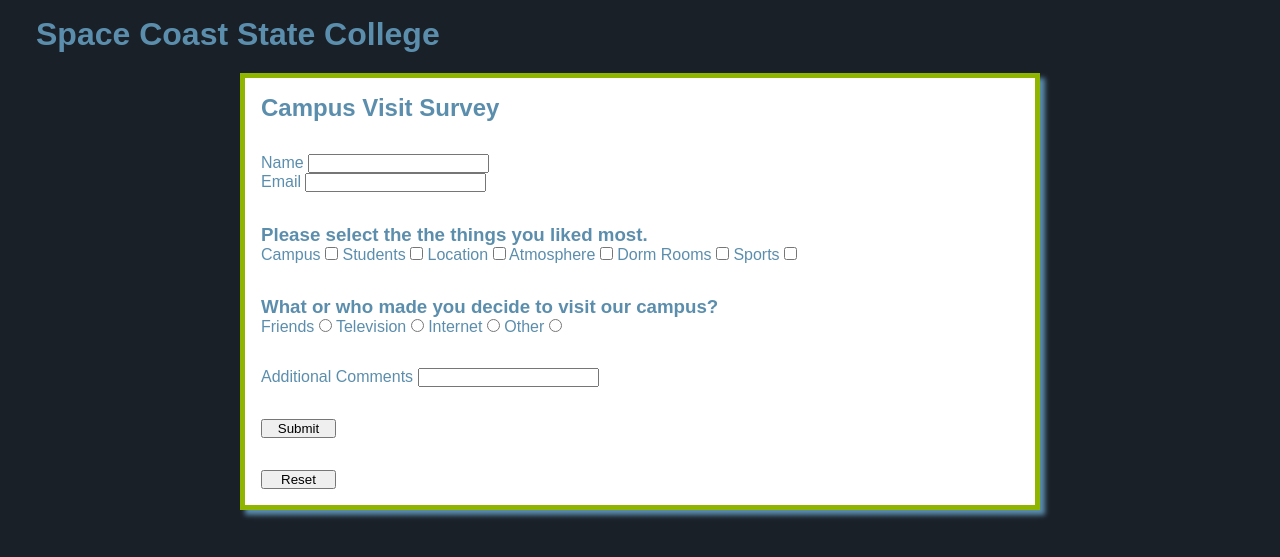
Repository: mlmEFSC21/P2-University-Form
Page: index.html
These files come from the project's save history. The page is drawn as it stood at one moment and after the next save; the edit follows.
The browser window is 1280 px wide. The pictures show the whole page.
Some web fonts or font styles are not loaded; a fallback is used.

Above is the page before, as saved 2022-01-29 19:01:46.

### index.html
<!DOCTYPE html>
<html lang="en">
    <head>
        <meta charset="UTF-8" />
        <meta http-equiv="X-UA-Compatible" content="IE=edge" />
        <meta name="viewport" content="width=device-width, initial-scale=1.0" />
        <title>University Form</title>
        <link rel="stylesheet" href="uniFormStyles.css" />
    </head>
    <body>
        <header>
            <h1>Space Coast State College</h1>
        </header>
        <main>
          <section class="flex">
            <h2>Campus Visit Survey</h2>
            <article class="info">
            <!-- REMEMBER TO CHANGE THIS TO A POST TO DEITEL!!!!!!!!!!-->
            <form action="results.html" method="GET">
                <div>
                    <label for="name">Name</label>
                    <input type="text" id="name" name="name" required />
                </div>
                <div>
                    <label for="email">Email</label>
                    <input type="email" id="email" name="email" required />
                </div>
                </article>
                <article class="favFeatures">
                    <h3>Please select the the things you liked most.</h3>
                    <label for="campus">Campus</label>
                    <input type="checkbox" id="campus" name="campus" />
                    <label for="students">Students</label>
                    <input type="checkbox" id="students" name="students" />
                    <label for="location">Location</label>
                    <input type="checkbox" id="location" name="location" />
                    <label for="atmosphere">Atmosphere</label>
                    <input type="checkbox" id="atmosphere" name="atmosphere" />
                    <label for="dorms">Dorm Rooms</label>
                    <input type="checkbox" id="dorms" name="dorms" />
                    <label for="sports">Sports</label>
                    <input type="checkbox" id="sports" name="sports" />
                </article>
                <article class="">
                    <h3>What or who made you decide to visit our campus?</h3>
                    <label for="friends">Friends</label>
                    <input type="radio" id="friends" name="referred" required />
                    <label for="television">Television</label>
                    <input type="radio" id="television" name="referred" />
                    <label for="internet">Internet</label>
                    <input type="radio" id="internet" name="referred" />
                    <label for="other">Other</label>
                    <input type="radio" id="other" name="referred" />
                </article>
                <div>
                    <label for="comments">Additional Comments</label>
                    <input type="text" id="comments" name="comments" />
                </div>
                <button type="submit" class="submit">Submit</button>
                <button type="reset" class="reset">Reset</button>
            </form>
            </section>
        </main>
    </body>
</html>

### uniFormStyles.css
@import url("https://fonts.googleapis.com/css2?family=Spectral:wght@300&display=swap");

:root {
    --clr-prime: #003c5e;
    --clr-second: #1a2028;
    --clr-accent: #8fb500;
    --clr-font-prime: #5b8ead;
    --clr-font-second: black;
}

* {
    margin: 0;
    padding: 0;
    box-sizing: border-box;
}
body {
    margin: 0 1.25em;
    padding: 1em;
    background-color: var(--clr-second);
    font-family: "Spectral", sans-serif;
    color: var(--clr-font-prime);
}
header {
    color: var(--clr-font-prime);
    margin-bottom: 1.25em;
}
.flex {
    display: flex;
    flex-direction: column;
    max-width: 800px;
    border: 5px solid var(--clr-accent);
    box-shadow: 5px 5px 5px 0px;
    background-color: white;
    gap: 2rem;
    margin: auto;
    padding: 1rem;
}
button {
    width: 75px;
}

After the next save:
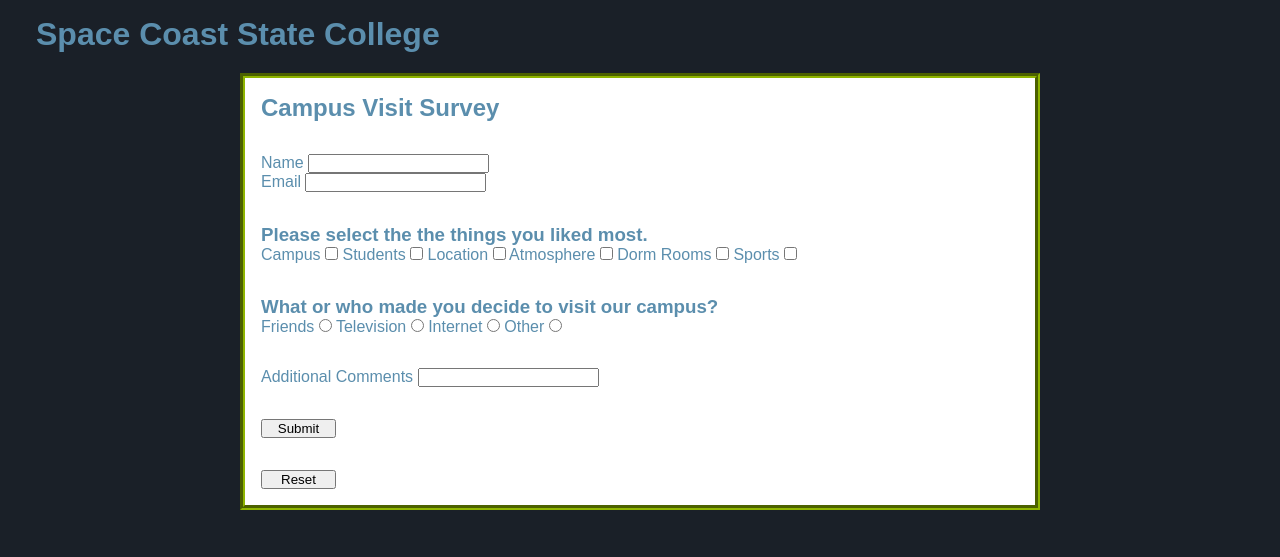
Saved 112 s later.
--- a/uniFormStyles.css
+++ b/uniFormStyles.css
@@ -28,8 +28,7 @@ header {
     display: flex;
     flex-direction: column;
     max-width: 800px;
-    border: 5px solid var(--clr-accent);
-    box-shadow: 5px 5px 5px 0px;
+    border: 5px groove var(--clr-accent);
     background-color: white;
     gap: 2rem;
     margin: auto;
